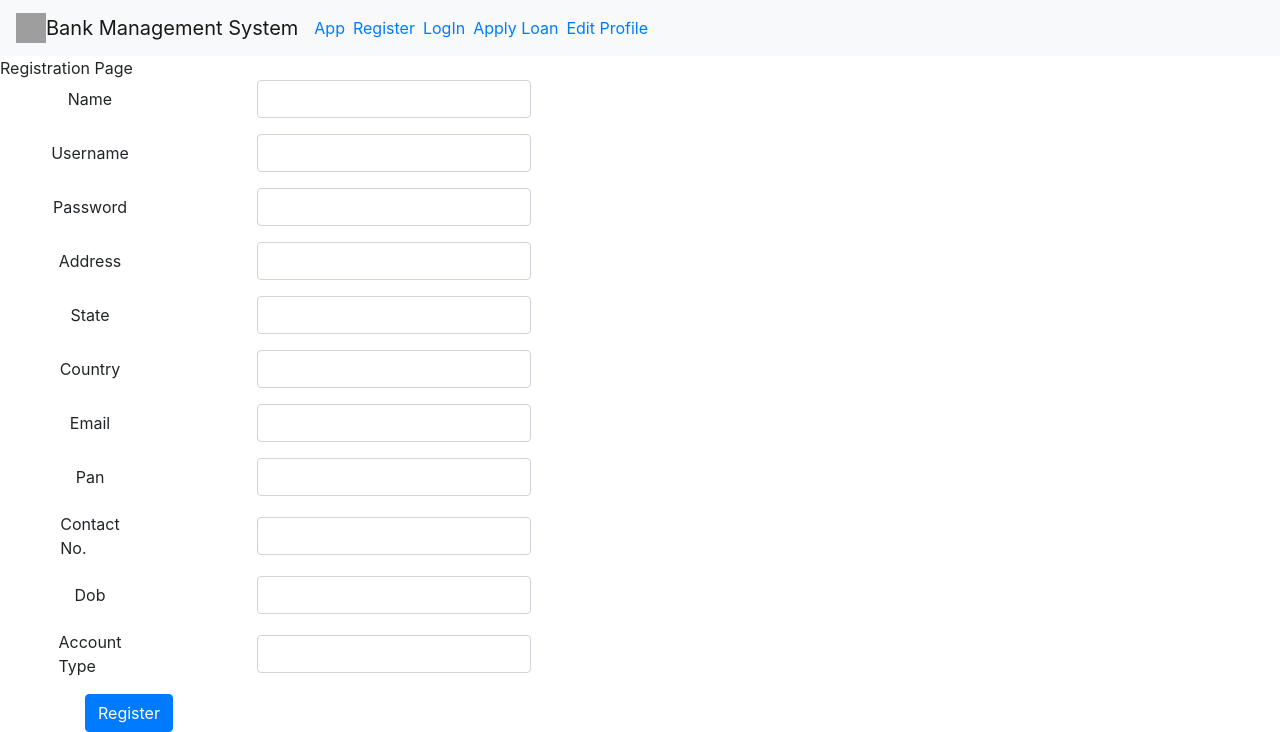
Repository: Nilkumar-Sharma/Bank-Management-System-Frontend-React
Page: /register
The author's editor kept a copy of each file at every save. The page is drawn from the files as they stood at one save, then again after the next save.
The browser window is 1280 px wide. The pictures show the whole page.
Pictures or frames that could not be fetched are drawn as grey boxes. The project was rebuilt for these pictures with package versions that can differ from the ones it lists, and the page was loaded fresh each time. Also part of the build but not shown: src/App.css, src/Counter/Counter.js, src/App.js, src/components/Register/Register.module.scss, src/components/LogIn/LogIn.module.scss, src/components/LogIn/LogIn.js, src/components/Loan/Loan.module.scss, src/components/Loan/Loan.js and 1 more.

Above is the page before, as saved 2020-07-28 13:39:45.

### src/index.js
import React from 'react';
import ReactDOM from 'react-dom';
import './index.css';
import App from './App';
import * as serviceWorker from './serviceWorker';
import { Provider } from 'react-redux'
import { createStore } from 'redux'
import rootReducer from './store/reducer'
import { BrowserRouter, Switch,Route,Link } from 'react-router-dom';
import Register from './components/Register/Register'
import { createBrowserHistory } from 'history';
import 'bootstrap/dist/css/bootstrap.min.css';
import LogIn from './components/LogIn/LogIn';
import Loan from './components/Loan/Loan'
import UpdateProfile from './components/Profile/UpdateProfile';

const store = createStore(rootReducer);
store.subscribe(_=>console.log(store.getState()))

ReactDOM.render(
  <Provider store={store}>
    <React.StrictMode>
      <BrowserRouter>

        <nav className="navbar navbar-expand-lg navbar-light bg-light ">
          {/* header */}
          <a className="navbar-brand" href="#">
            <img src="/docs/4.0/assets/brand/bootstrap-solid.svg" width="30" height="30" className="d-inline-block align-top" alt=""></img>
              Bank Management System
  </a>

          <ul className="navbar-nav  mr-auto">
          <li className="nav-item mr-2">
            <Link to="/">App</Link>
            </li>
            <li className="nav-item mr-2">
            <Link to="/register">Register</Link>
          </li>
            <li className="nav-item mr-2">
            <Link to="/login">LogIn</Link>
            </li>
            <li className="nav-item mr-2">
              <Link to="/loan">Apply Loan</Link>
            </li>
            <li className="nav-item mr-2">
              <Link to="/edit">Edit Profile</Link>
            </li>
          </ul>
        </nav>


      {/* A <Switch> looks through its children <Route>s and
            renders the first one that matches the current URL. */}
      <Switch>
        <Route exact path="/">
          <App />
          </Route>
          <Route exact path="/register">
            <Register />
          </Route>
          <Route path="/login">
            <LogIn/>
          </Route>
          <Route path="/loan">
            <Loan></Loan>
          </Route>
          <Route path="/edit">
            <UpdateProfile></UpdateProfile>
          </Route>
      </Switch>
      </BrowserRouter>
    </React.StrictMode>

  </Provider>,
  document.getElementById('root')
);

// If you want your app to work offline and load faster, you can change
// unregister() to register() below. Note this comes with some pitfalls.
// Learn more about service workers: https://bit.ly/CRA-PWA
serviceWorker.unregister();

### src/store/reducer.js
const initialState = {
    counter: 0
};

const rootReducer = (state = initialState, action) => {
    switch (action.type){
    case "INC":
            return { counter: state.counter + 1 }
        case "DEC":
            return { counter: state.counter - 1 }
        default:
            return state
}
}
export default rootReducer;

### src/components/Register/Register.js
import React, { Component } from 'react';
import InputField from '../Shared/InputField/InputField'
import style from './Register.module.scss';
import MyButton from '../Shared/MyButton/MyButton'
/**
 *  As a Customer, I should be able to register my details in the system so that I can
 * login into the system Acceptance criteria: Customer should be able register the details
 * in the system and it should be saved in the database. Customer should be able to login with
 * a User Id and Password that exists in database.
 * On clicking logout the session should be invalidated and login page must be displayed Capture the
 * details like Name, Username, Password, Address, State, Country, Email Address, PAN, Contact No, DOB,
 * Account Type etc

*/
class Register extends Component{

    render() {
        return (<div>
            Registration Page
            <div className="container">
                <InputField Label="Name"></InputField>
                <InputField Label="Username"></InputField>
                <InputField Label="Password"></InputField>
                <InputField Label="Address"></InputField>
                <InputField Label="State"></InputField>
                <InputField Label="Country"></InputField>
                <InputField Label="Email"></InputField>
                <InputField Label="Pan"></InputField>
                <InputField Label="Contact No."></InputField>
                <InputField Label="Dob"></InputField>
                <InputField Label="Account Type"></InputField>

                <MyButton label="Register"></MyButton>









                </div>
            </div>)
        }
}
export default Register;

### src/components/Shared/InputField/InputField.js
import React, { Component } from 'react';
import './InputField.css'
class InputField extends Component {
    static defaultProps = {
        type: "text",
        changes:(e)=>console.log(e.target),
        Label: "Label",
        classes: "",
        value: "",
        id: "setId",
        name: "name",
        PlaceHolder: "PlaceHolder Here",
    }
    constructor(props) {
        super(props);
        this.state = {
            value: ""
        }
        // this.props.PlaceHolder = this.props.Label;

    }
    handleChange(event) {
        this.setState({ value: event.target.value });
        this.props.changes(event);
    }

    render() {
        return (
            // <div className="container-fluid">
            <div className="row">
                <div class="form-group form-inline" >
                <div className="col-6">
                    <label htmlFor={this.props.id}>{this.props.Label}</label>

                </div>
                <div className="col-6">
                        <input className="form-control" name={this.props.name} id={this.props.id} type={this.props.type} onChange={
                        // (this.props.changes) || ((e)=>{this.setState({value:e.target.value})})
                        (event) =>
                            this.handleChange(event)
                    } placeholder={this.props.placeHolder} value={this.state.value}></input>

                    </div>
                </div>
            </div>
        )
    }
}
export default InputField;

### src/components/Shared/MyButton/MyButton.js
/**
 * @props label: name of the button || default is "Label"
 * @props classes: Class Name
 * @props onClick: a function || Default is console.log("clicked")
 *
 */
import React,{Component } from 'react';

class MyButton extends Component {
    static defaultProps = {
        clicked:() => console.log("clicked "),
        label:"Button Label",
        value: "",
        classes: "btn btn-primary"
    }
    constructor(props) {
        super(props);
        console.log(this.props)

    }
    render() {
        return <button className={this.props.classes} onClick={this.props.clicked} value={this.props.value} >{this.props.label}</button>
    }

}

export default MyButton;

### src/components/Shared/InputField/InputField.css
label{
    width: 10px;
    /* margin-left: 20px; */
}
/*  */

Loaded but not shown: public/index.html (common file); src/index.css (common file); src/serviceWorker.js (common file)

After the next save:
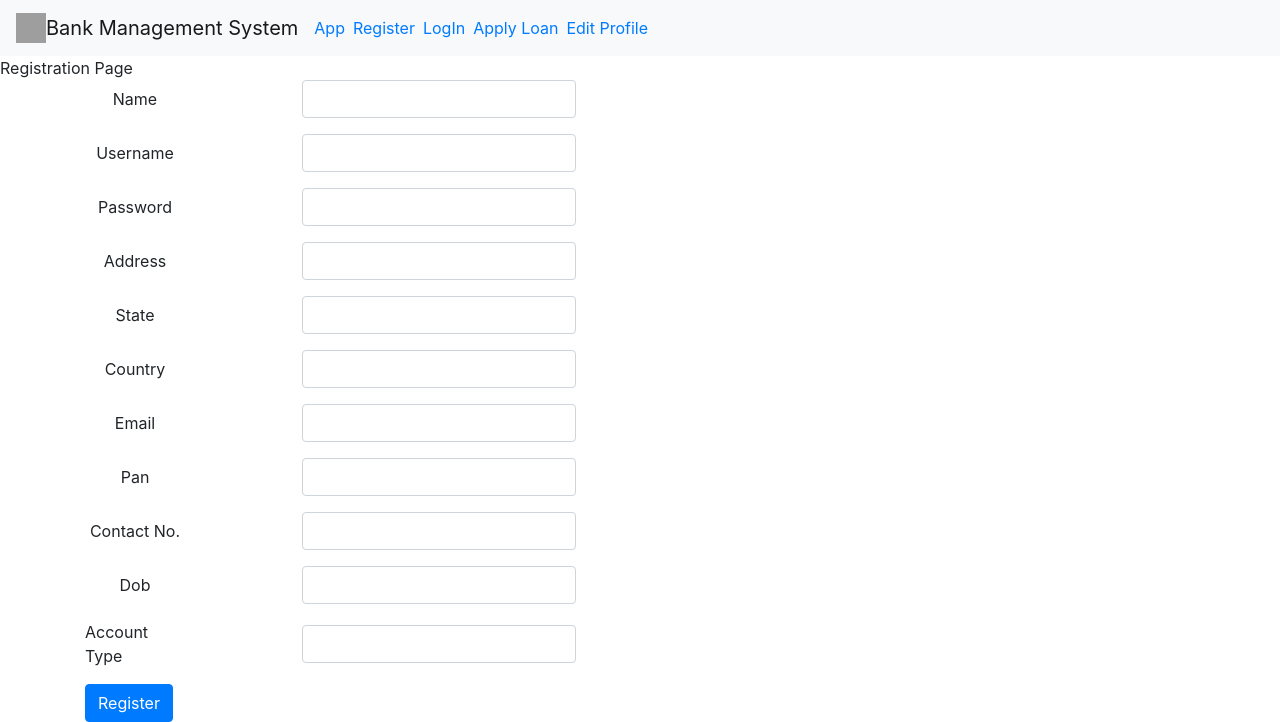
Saved 6 s later.
--- a/src/components/Shared/InputField/InputField.css
+++ b/src/components/Shared/InputField/InputField.css
@@ -1,5 +1,5 @@
 label{
-    width: 10px;
+    width: 100px;
     /* margin-left: 20px; */
 }
 /*  */
